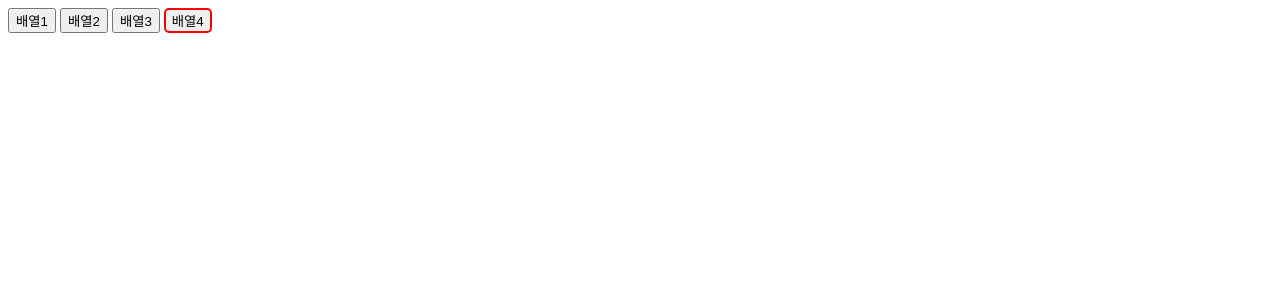
Repository: baeyoomi/version
Page: web/src/main/webapp/array1.html
The author's editor kept a copy of each file at every save. The page is drawn from the files as they stood at one save, then again after the next save.
The browser window is 1280 px wide. The pictures show the whole page.
After loading, the first visible `input[onclick="bbb()"]` was clicked once.

Above is the page before, as saved 2023-08-09 03:11:59.

### web/src/main/webapp/array1.html
<!DOCTYPE html>
<html>
<head>
<meta charset="UTF-8">
<title>배열구조 생성법 및 콘솔출력 1</title>
</head>
<body>

<input type="button" value="배열1" onclick="aaa()">
<input type="button" value="배열2" onclick="bbb()">
<input type="button" value="배열3" onclick="ccc()">

<!--가장 많이 쓰임, 중요함 (join할때 쓰임)-->
<input type="button" value="배열4" onclick="ddd()" style="border: 2px solid red; border-radius: 5px;">

<div id="box">
	<!--
	<ul>
		<li>아이디 : </li>
		<li>고객명 : </li>
		<li>나이 : </li>
	</ul>
	-->
</div>

</body>
<script>
	var html = document.getElementById("box");
	function aaa(){
		// 첫번째 방식 : {} 배열 구조는 대표키가 있으며, 단 대표키는 중복되어서는 안된다.
		var data = {
			"myinfo1":["홍길동","25","hong@nate.com"],
			"myinfo2":["김유신","30","kim@nate.com"]
		}
		console.log(data);
	}

	function bbb(){
		// 두번째 방식 : 대표키(Table명), 대표키 안에 각각의 파트별로 보조키(컬럼명)을 이용하여 배열을 설계하는 방식
		var data = {
			"myinfo":[
			{
				"id" : "hong",
				"name" : "홍길동",
				"age" : "25"
			},
			{
				"id" : "kim",
				"name" :"김유신",
				"age" : "30"
			}
			]
		}
		//console.log(data);
		var ea = (data["myinfo"].length);
		//console.log(ea); 값 2 라고 뜸
		console.log(data["myinfo"]);
		var w = 0;
		var html = "";
		while(w < ea){
			//console.log(data["myinfo"][w]["id"]);
			html.innerHTML = `
			<ul>
				<li>아이디 : </li>
				<li>고객명 : </li>
				<li>나이 : </li>
			</ul>
			`   //역외 따옴표 esc 밑에 있는거
			w++;
		}

	}

	function ccc(){
		//세번째 방식 : 대표키(Table명)이며, 그 외에 2차배열 형태로 데이터값을 순서대로 나열하여 출력하는 배열형태
		var data = {
			"myinfo":[
				["hong","25","hong@nate.com"],
				["kim","30","kim@nate.com"]
			]
		}
		console.log(data);
	}

	function ddd(){

		var data = {
			"myinfo" : [
				{"id":"hong","name":"홍길동","age":"25",
				"log_history":[    //복합키
					{"last_day":"2023-08-09"}
				]
				},
				{"id":"kim","name":"김유신","age":"30",
				"log_history":[
					{"last_day":""}   //접속으로 아직 안했다
				]
				}
			]
		}
		console.log(data);
	}
</script>
</html>

After the next save:
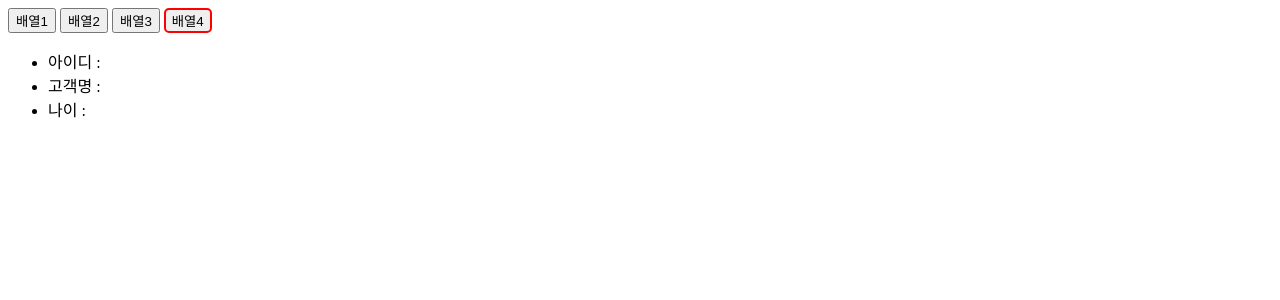
Saved 40 s later.
--- a/web/src/main/webapp/array1.html
+++ b/web/src/main/webapp/array1.html
@@ -56,7 +56,7 @@
 		//console.log(ea); 값 2 라고 뜸
 		console.log(data["myinfo"]);
 		var w = 0;
-		var html = "";
+		var html = document.getElementById("box");
 		while(w < ea){
 			//console.log(data["myinfo"][w]["id"]);
 			html.innerHTML = `
